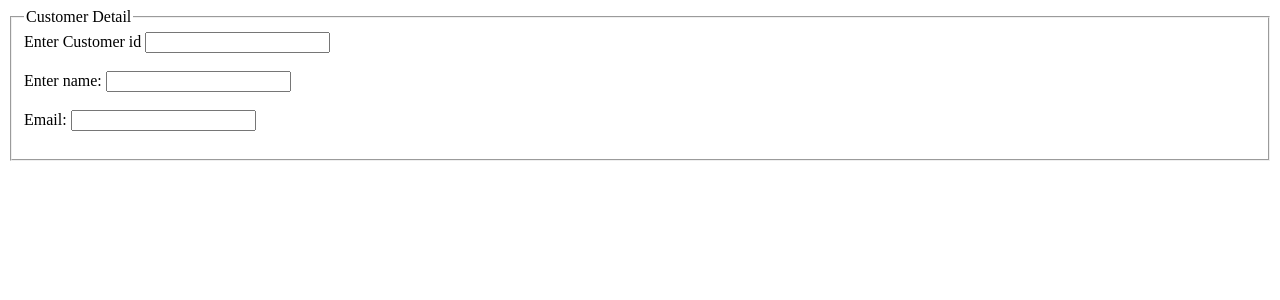
Repository: viram703/SpringBoot
Page: http://localhost/BootJpa/home.jsp
An editor plug-in stored every save of this project. The page is shown before and after the next save, followed by the edit.
The browser window is 1280 px wide. The pictures show the whole page.
The page is served by Tomcat 9. Other server files are loaded and not shown.

Above is the page before, as saved 2020-02-21 09:40:27.

### Boot/BootJpa/src/main/webapp/home.jsp
<%@ page language="java" contentType="text/html; charset=ISO-8859-1"
    pageEncoding="ISO-8859-1"%>
<!DOCTYPE html>
<html>
<head>
<meta charset="ISO-8859-1">
<title>Insert title here</title>
</head>
<body>
<fieldset>
<legend>Customer Detail</legend>
<form action="addCustomer">

						<label>Enter Customer id</label>
						<input type="text" name="id" /> <br></br>

						<label>Enter name:</label>
						<input type="text" name="name" /> <br></br>

						<label>Email:</label>
						<input type="email" name="email" /><br></br>
</form>
</fieldset>

</body>
</html>

After the next save:
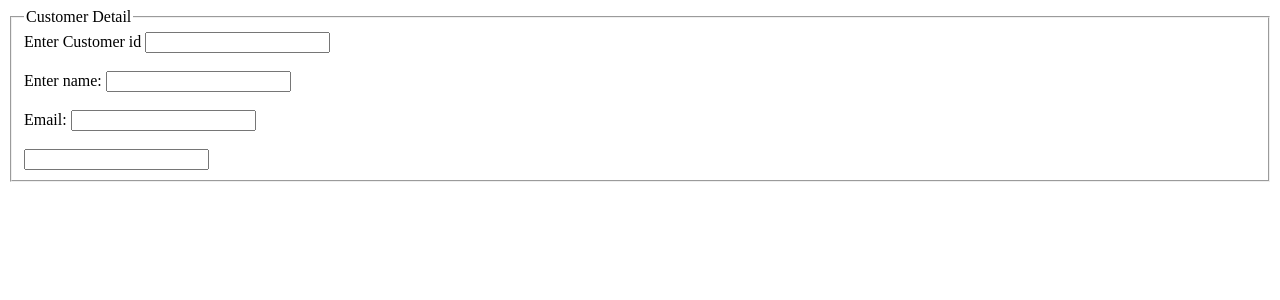
Saved 96 s later.
--- a/Boot/BootJpa/src/main/webapp/home.jsp
+++ b/Boot/BootJpa/src/main/webapp/home.jsp
@@ -19,6 +19,7 @@
 
 						<label>Email:</label>
 						<input type="email" name="email" /><br></br>
+						<input type="sumbit">
 </form>
 </fieldset>
 
